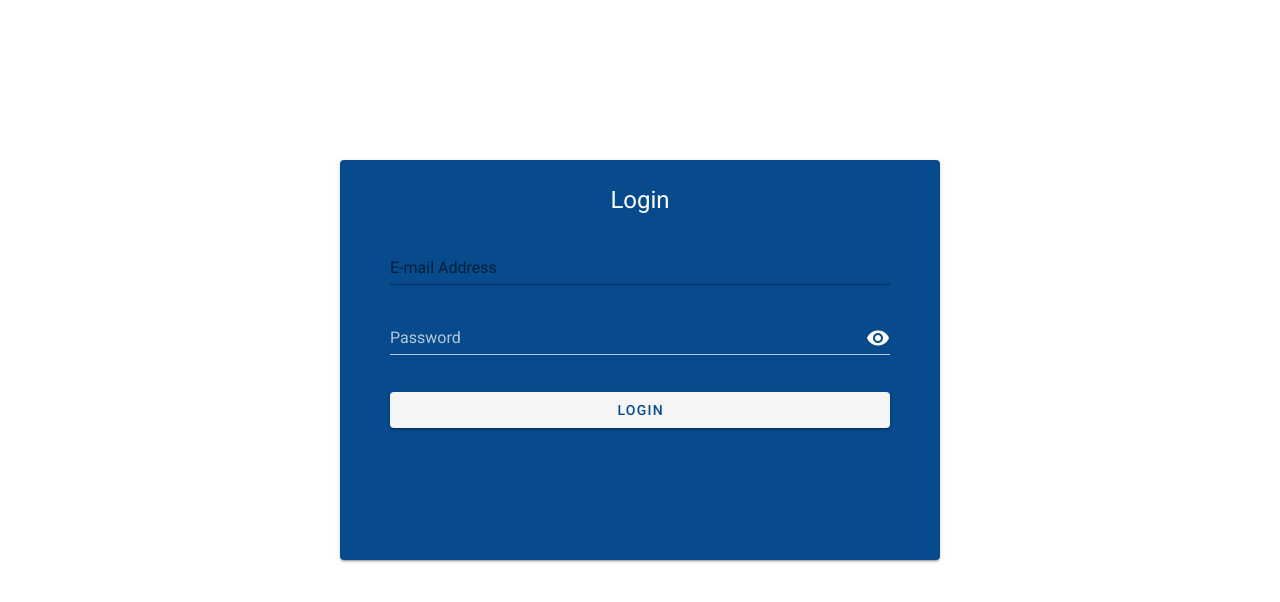
Repository: Grace229/Login
Page: /
The author's editor kept a copy of each file at every save. The page is drawn from the files as they stood at one save, then again after the next save.
The browser window is 1280 px wide. The pictures show the whole page.
The project was rebuilt for these pictures with package versions that can differ from the ones it lists, and the page was loaded fresh each time. Also part of the build but not shown: vue.config.js. Imported but missing from the stored project, and not drawn on this page: src/views/About.vue.

Above is the page before, as saved 2021-02-15 17:05:09.

### src/App.vue
<template>
  <v-app>
    <v-main><router-view></router-view> </v-main>
  </v-app>
</template>

<script>
export default {
  name: "App",

  components: {},

  data: () => ({
    //
  }),
};
</script>

### src/plugins/vuetify.js
import Vue from "vue";
import Vuetify from "vuetify/lib/framework";

Vue.use(Vuetify);

export default new Vuetify({
  theme: {
    options: {
      customProperties: true,
    },
    themes: {
      light: {
        primary: "#084b8c",
        secondary: "#424242",
        accent: "#82B1FF",
        error: "#FF5252",
        info: "#2196F3",
        success: "#4CAF50",
        warning: "#FFC107",
      },
    },
  },
});

### src/views/Home.vue
<template>
  <main
    style="min-height:100vh"
    class="fill-height white--text d-flex flex-column justify-center pa-4"
  >
    <v-container>
      <v-card class="mx-auto primary" max-width="600" height="400">
        <header>
          <div class="headline text-center pt-6 white--text">
            Login
          </div>
        </header>
        <div
          class="pt-5 mx-auto primary primary--text"
          style="max-width: 500px;"
        >
          <form v-on:submit.prevent="login()">
            <div>
              <v-text-field
                label="E-mail Address"
                v-model="email"
                :rules="[rules.required, rules.email]"
              />
            </div>
            <div>
              <v-text-field
                dark
                v-model="password"
                :rules="[rules.required]"
                label="Password"
                :type="showPassword ? 'text' : 'password'"
                text
                small
                @click:append="showPassword = !showPassword"
                class="transparent text-capitalize"
                :append-icon="showPassword ? 'mdi-eye-off' : 'mdi-eye'"
              >
              </v-text-field>
              <div class="pt-4">
                <v-btn block class="primary--text" type="submit">Login</v-btn>
              </div>
            </div>
          </form>
        </div>
      </v-card>
    </v-container>
  </main>
</template>

<script>
import axios from "axios";
import router from "../router";
export default {
  data() {
    return {
      email: "",
      password: "",
      FORM: {},
      showPassword: false,
      rules: {
        required: (value) => !!value || "Required.",
        counter: (value) => value.length <= 20 || "Max 20 characters",
        email: (value) => {
          const pattern = /^(([^<>()[\]\\.,;:\s@"]+(\.[^<>()[\]\\.,;:\s@"]+)*)|(".+"))@((\[[0-9]{1,3}\.[0-9]{1,3}\.[0-9]{1,3}\.[0-9]{1,3}])|(([a-zA-Z\-0-9]+\.)+[a-zA-Z]{2,}))$/;
          return pattern.test(value) || "Invalid e-mail.";
        },
      },
    };
  },
  methods: {
    login() {
      axios
        .post("https://login-api-grace.herokuapp.com/api/v1/auth/login", {
          email: this.email,
          password: this.password,
        })
        .then(() => {
          router.push({ name: "Profile" });
        })
        .catch((err) => {
          console.log(err);
        });
    },
  },
};
</script>

Loaded but not shown: public/index.html (common file); src/main.js (common file); src/router/index.js (common file); src/store/index.js (common file)

After the next save:
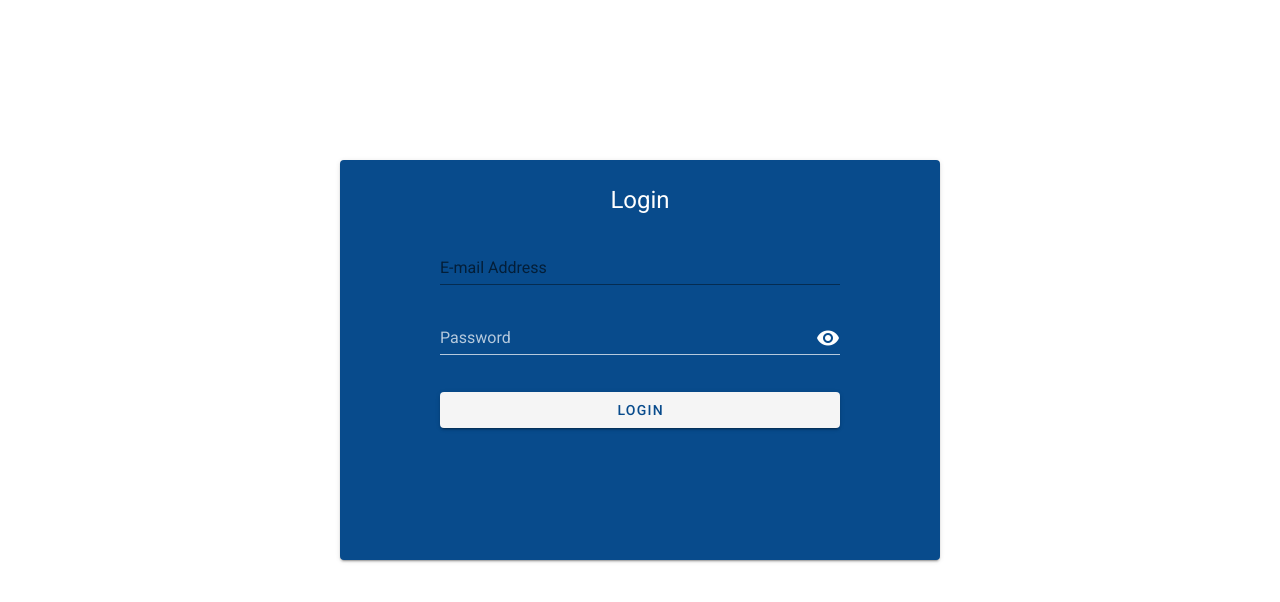
Saved 36 s later.
--- a/src/views/Home.vue
+++ b/src/views/Home.vue
@@ -12,7 +12,7 @@
         </header>
         <div
           class="pt-5 mx-auto primary primary--text"
-          style="max-width: 500px;"
+          style="max-width: 400px;"
         >
           <form v-on:submit.prevent="login()">
             <div>
